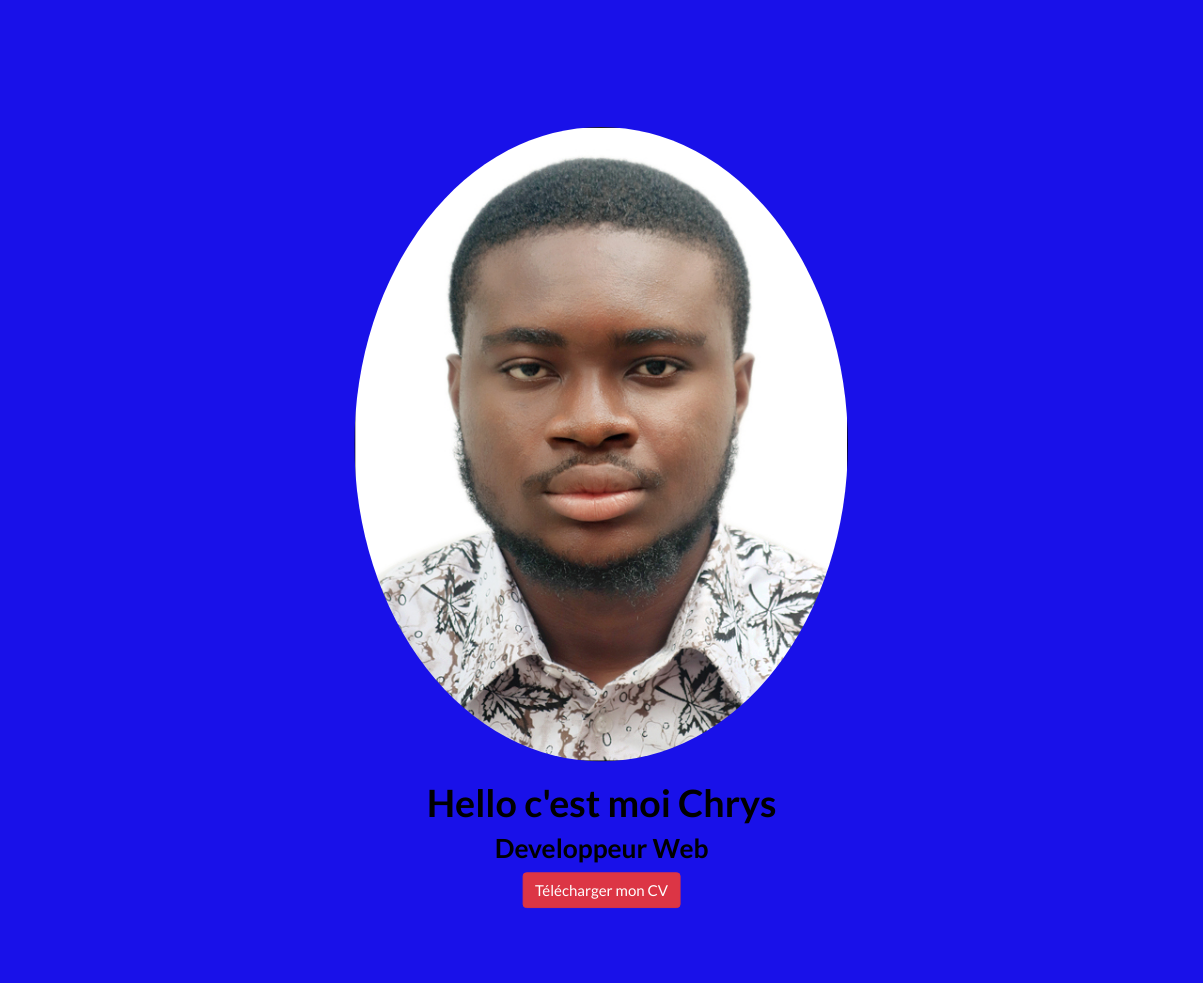
Repository: CHRYSOVR/CV_en_ligne_Interactif
Page: index.html
The author's editor kept a copy of each file at every save. The page is drawn from the files as they stood at one save, then again after the next save.
The browser window is 1280 px wide. The pictures show the whole page, at 94% of full size.

Above is the page before, as saved 2025-07-07 15:57:37.
Console error: TypeError: Cannot read properties of undefined (reading 'fn')

After the next save:
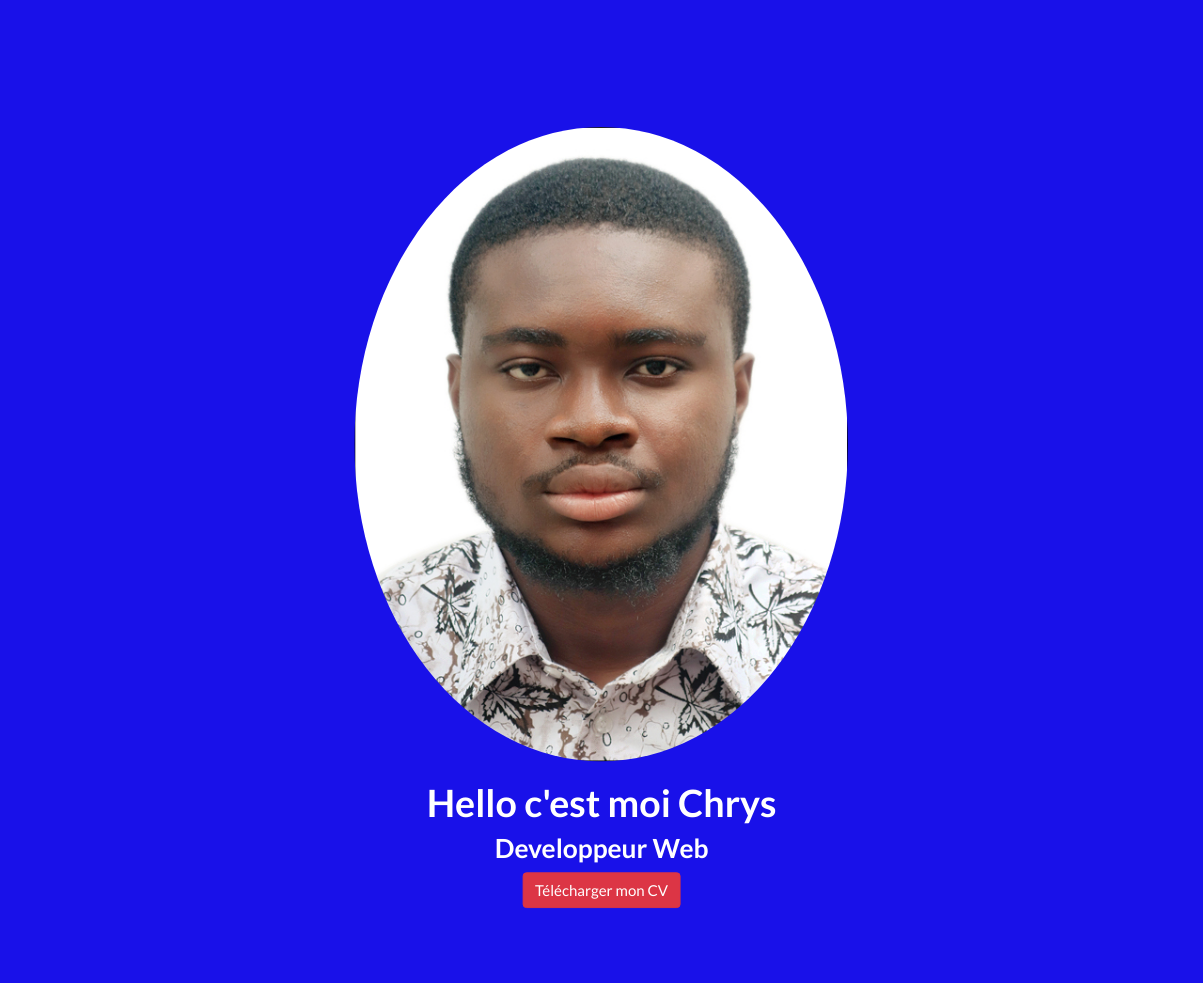
Saved 18 s later.
--- a/css/style.css
+++ b/css/style.css
@@ -6,7 +6,7 @@ body{
 }
 h1,h2,h3,h4,h5,h6{
     font-weight: bold;
-    color:black;
+
 
 }
 /*ABOUT*/
